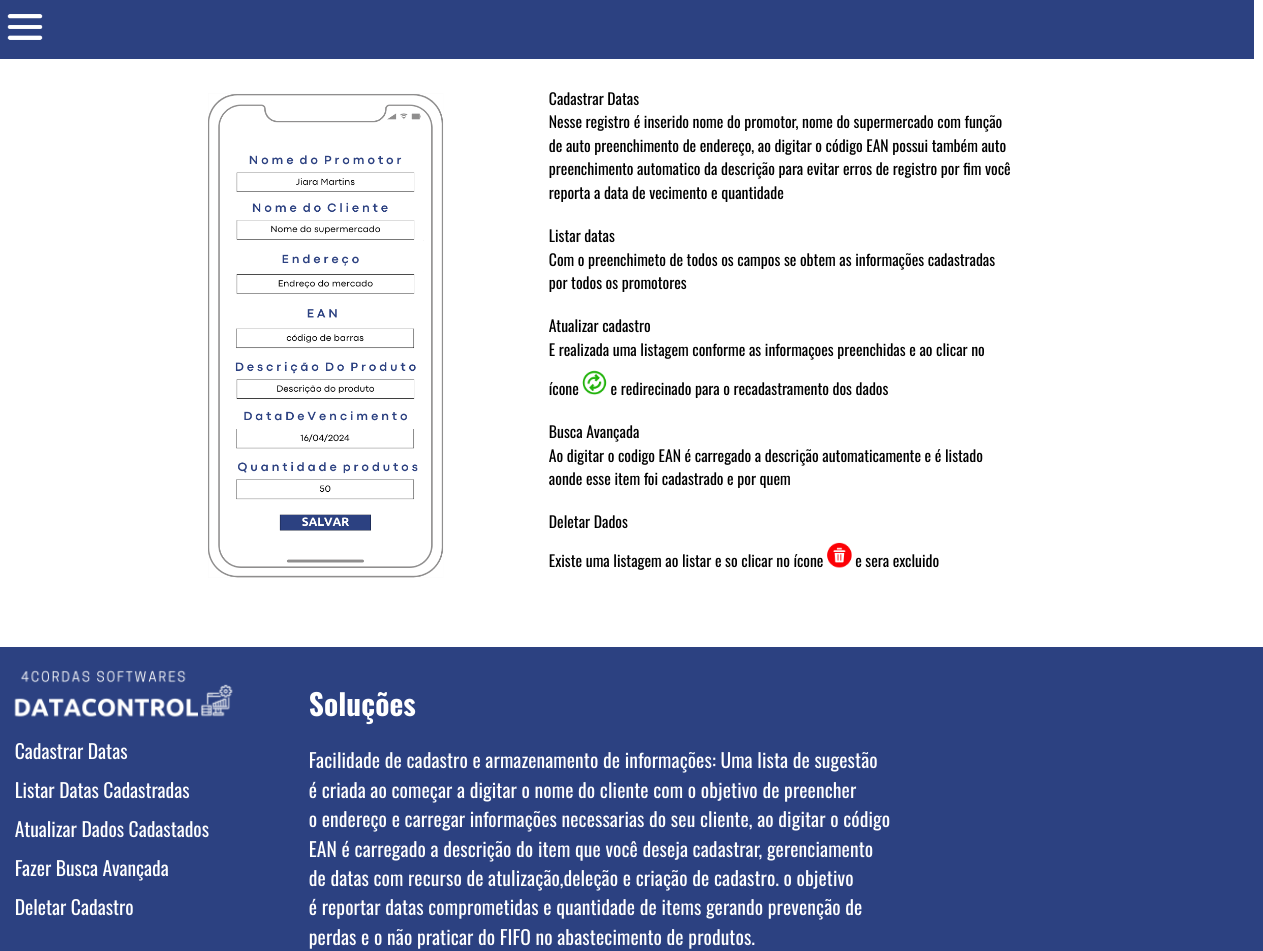
Repository: alfredo-allan/ControleDeDatasFrontEnd
Page: index.html
An editor plug-in stored every save of this project. The page is shown before and after the next save, followed by the edit.
The browser window is 1280 px wide. The page is 1289 px wide, so the pictures cover 1289 px, including what lies to the right of the window. The pictures show the whole page, at 98% of full size.

Above is the page before, as saved 2024-04-30 14:41:35.
Console error: TypeError: Cannot read properties of null (reading 'addEventListener')

### index.html
<!DOCTYPE html>
<html lang="pt-BR">
  <head>
    <meta charset="UTF-8" />
    <meta name="viewport" content="width=device-width, initial-scale=1.0" />
    <link rel="stylesheet" href="./style/style.css" />
    <link rel="preconnect" href="https://fonts.googleapis.com" />
    <link rel="preconnect" href="https://fonts.gstatic.com" crossorigin />
    <link
      href="https://fonts.googleapis.com/css2?family=Oswald:wght@200..700&display=swap"
      rel="stylesheet"
    />
    <title>Controle de Datas</title>
  </head>
  <body>
    <div class="header">
      <div id="menu-icon">
        <img id="icon-menu" src="./images/barra-de-menu.png" alt="" />
      </div>
      <div id="titulo">
        <!-- <h1>Controle De Datas</h1> -->
      </div>
      <div id="menu-options">
        <ul>
          <!-- <img id="usuario" src="./images/usuario-exemplo.jpg" alt="" /> -->
          <a href="pages/cadastro.html"><li>Cadastrar Datas</li></a>
          <a href="pages/listagem.html"><li>Listar Datas</li></a>
          <a href="pages/atualizar.html"><li>Atualizar Cadastro</li></a>
          <a href="pages/buscaavancada.html"><li>Busca Avançada</li></a>
          <a href="pages/deletar.html"><li>Deletar Dados</li></a>
        </ul>
      </div>
    </div>
    <img id="instrucao" src="./images/CadastrarDatas.png" alt="">
    <div class="coluna">
    <ul>
      <span>Cadastrar Datas</span>
      <li>Nesse registro é inserido nome do promotor, nome do supermercado com função de auto preenchimento de endereço, ao digitar o código EAN possui também auto preenchimento automatico da descrição para evitar erros de registro por fim você reporta a data de vecimento e quantidade</li>
      <span>Listar datas</span>
      <li>Com o preenchimeto de todos os campos se  obtem as informações cadastradas por todos os promotores</li>
      <span>Atualizar cadastro</span>
      <li>E realizada uma listagem conforme as informaçoes preenchidas e ao clicar no ícone <img src="./images/repetir.png" alt=""> e redirecinado para o recadastramento dos dados</li>
      <span>Busca Avançada</span>
      <li>Ao digitar o codigo EAN é carregado a descrição automaticamente e é listado aonde esse item foi cadastrado e por quem</li>
      <span>Deletar Dados</span>
      <li>Existe uma listagem ao listar e so clicar no ícone <img src="./images/excluir.png" alt=""> e sera excluido</li>
    </ul>
    </div>
    </div>
    <div class="footer">
      <div id="mapa" class="col-sm-6">
        <img id="tootext" src="./images/data.png" alt="" />
        <ul id="mapadosite">
          <a href="./pages/cadastro.html"><li>Cadastrar Datas</li></a>
          <a href="./pages/listagem.html"><li>Listar Datas Cadastradas</li></a>
          <a href="./pages/atualizar.html"
            ><li>Atualizar Dados Cadastados</li></a
          >
          <a href="./pages/buscaavancada.html"><li>Fazer Busca Avançada</li></a>
          <a href="./pages/deletar.html"><li>Deletar Cadastro</li></a>
        </ul>
      </div>
      <div id="solucao" class="col-sm-6">
        <span>Soluções</span>
        <p>
          Facilidade de cadastro e armazenamento de informações: Uma lista de
          sugestão <br />
          é criada ao começar a digitar o nome do cliente com o objetivo de
          preencher <br />
          o endereço e carregar informações necessarias do seu cliente, ao
          digitar o código <br />
          EAN é carregado a descrição do item que você deseja cadastrar,
          gerenciamento <br />
          de datas com recurso de atulização,deleção e criação de cadastro. o
          objetivo <br />
          é reportar datas comprometidas e quantidade de items gerando prevenção
          de <br />
          perdas e o não praticar do FIFO no abastecimento de produtos.
        </p>
      </div>
    </div>
  </body>
  <script src="./js/script.js"></script>
</html>

### style/style.css
:root {
  --cor-azul: rgb(44, 65, 129);
  --oswald-font: "Oswald", sans-serif;
  --luthier-font: "Luthier";
}

body {
  font-family: var(--oswald-font);
}

@font-face {
  font-family: "Luthier";
  src: url("../fonts/LuthierFF/Luthier-Regular.ttf") format("truetype");
  /* Adicione mais formatos (e.g. woff, woff2) conforme necessário */
}

#titulo h1 {
  font-family: var(--luthier-font);
  letter-spacing: 3px;
  font-weight: 900;
  color: white;
  margin-top: -30px;
  margin-left: 55px;
}

.column {
  display: flex;
  flex-direction: column;
  align-items: center;
  padding: 10px 20px 15px 15px;
  border: 1px solid #ccc;
  border-radius: 5px;
  width: 300px;
  margin: 0 auto;
  span {
    font-weight: 900;
    font-family: var(--luthier-font);
    letter-spacing: 3px;
    margin-bottom: 10px;
    color: var(--cor-azul);
  }
}

#logo img {
  margin-top: 200px;
  width: 250px;
  margin-left: 50px;
}

#logo {
  h1 {
    text-align: center;
    text-wrap: nowrap;
    font-size: 25px;
    font-family: var(--oswald-font);
    font-weight: 900;
    letter-spacing: 2px;
    color: var(--cor-azul);
  }
}

#form {
  margin-top: 80px;
}

input {
  margin-bottom: 5px;
  padding: 5px;
  width: 100%;
  box-sizing: border-box;
  font-weight: 600;
  margin-bottom: 10px;
}

input::placeholder {
  text-align: center;
  color: gray;
  font-family: var(--oswald-font);
  font-weight: 400;
}

input:focus {
  outline-color: var(--cor-azul); /* Altere a cor aqui */
}

.header {
  position: fixed;
  top: 0;
  left: 0;
  width: 100%;
  height: 60px;
  background-color: var(--cor-azul);
}

#icon-menu {
  width: 35px;
  margin-top: 10px;
  z-index: 1;
  margin-left: 8px;
  cursor: pointer;
}

#menu-options ul {
  list-style: none;
  padding: 0;
  margin-left: 5px;
  font-size: 20px;
  font-weight: 500;
  text-wrap: nowrap;
  font-family: var(--oswald-font);
  z-index: 999;
}

#menu-options ul li {
  padding: 10px;
  letter-spacing: 2px;
  cursor: pointer;
  z-index: 999;
}

a {
  text-decoration: none; /* Remove sublinhado */
  color: inherit; /* Mantém a cor padrão do texto */
  /* Adicione quaisquer outros estilos desejados para o link */
}

#menu-options {
  display: none;
  position: absolute;
  top: 0;
  left: 0;
  margin-top: 60px;
  width: 55%;
  height: 41vh;
  border-bottom-right-radius: 15px;
  background-color: var(--cor-azul);
  color: white;
  font-family: var(--oswald-font);
  font-weight: 900;
  z-index: 999;
}

button {
  text-align: center;
  width: 110px;
  height: 30px;
  padding: 6px 30px;
  background-color: rgba(44, 65, 129, 0.897);
  border-radius: 5px;
  color: white;
  border: none;
  border-radius: 5px;
  cursor: pointer;
  font-family: var(--oswald-font);
}

button:focus {
  outline: 2px solid var(--cor-azul);
}

.footer {
  width: 102%;
  position: relative;
  margin-top: 5%;
  margin-left: -8px;
  margin-bottom: -20px;
  background-color: var(--cor-azul);
}

.footer img {
  width: 300px;
  height: 60px;
  margin-top: 2px;
  cursor: pointer;
  margin-left: 10px;
}

#autocomplete-list-id {
  background-color: #f1f1f1;
  border: 1px solid #d4d4d4;
  color: var(--cor-azul);
  border-top: none;
  max-height: 200px;
  overflow-y: auto;
  position: absolute;
  /* z-index: 999; */
  margin-top: -10px;
  margin-left: 60px;
}

.autocomplete-items div {
  padding: 10px;
  cursor: pointer;
  background-color: #fff;
  border-bottom: 1px solid #d4d4d4;
}

.autocomplete-items div:hover {
  background-color: #e9e9e9;
}

.autocomplete-items div strong {
  font-weight: bold;
}

#data-list {
  margin: 0 auto;
  left: 50%;
  transform: translateX(-50%);
  margin: 0 auto;
  left: 50%;
  top: 60%;
  transform: translate(-50%, -50%);
  /* border: 1px solid var(--cor-azul); */
  color: var(--cor-azul);
  border-radius: 5px;
  max-height: 330px;
  overflow-y: auto;
  position: absolute;
  z-index: -1;
  margin-top: 110px;
  margin-left: 0px;
  width: 336px;
  list-style: none;
  .name {
    font-family: var(--oswald-font);
    font-weight: 900;
    font-size: 17px;
  }
  .item {
    font-family: var(--oswald-font);
    font-weight: 500;
    font-size: 15;
    color: rgb(0, 0, 0);
  }
}

/* #promotor {
  line-height: 60px;
} */

#data-list {
  /* Estilos do elemento #data-list */
  /* Defina outras propriedades conforme necessário */

  scrollbar-color: var(--cor-azul) var(--cor-azul); /* Cor da barra de rolagem e do fundo da barra */
}

#data-list::-webkit-scrollbar {
  width: 10px; /* Largura da barra de rolagem */
}

#data-list::-webkit-scrollbar-thumb {
  background-color: white; /* Cor da barra de rolagem */
  border-radius: 5px; /* Raio de borda da barra de rolagem */
}

#texto-descritivo {
  text-align: justify;
  margin-top: 200px;
  position: fixed;
  font-family: var(--luthier-font);
  letter-spacing: 3px;
  line-height: 2;
  margin-right: 8px;
  font-weight: 900;
  color: var(--cor-azul);
}

#del {
  width: 25px;
  margin: -4px;
  margin-left: 20px;
}

#atualizar {
  width: 25px;
  margin: -5px;
  margin-left: 20px;
}

.video {
  width: 100%;
  height: 100vh; /* Altura ocupando toda a tela */
}

.video video {
  position: fixed;
  top: 0;
  left: 0;
  width: 100%;
  height: 20%;
  object-fit: cover;
  margin-top: 52px;
}

.modal {
  display: none; /* Escondido por padrão */
  position: fixed;
  z-index: 1;
  left: 0;
  top: 0;
  width: 100%;
  height: 100%;
  overflow: auto;
  background-color: rgba(0, 0, 0, 0.4);
}

.modal-content {
  background-color: #fefefe;
  margin: 15% auto;
  padding: 20px;
  border: 2px solid #888;
  width: 80%;
  border-radius: 10px;
  p {
    text-align: center;
    font-family: var(--luthier-font);
    letter-spacing: 3px;
    font-weight: 600;
    color: var(--cor-azul);
  }
}

.close {
  color: #aaa;
  float: right;
  font-size: 28px;
  font-weight: bold;
}

.close:hover,
.close:focus {
  color: black;
  text-decoration: none;
  cursor: pointer;
}

#modalbtn {
  text-align: center;
}

#confirmButton {
  margin-right: 5px;
}

#tootext {
  margin-left: -40px;
  margin-top: 20px;
}

#mapadosite {
  font-family: var(--oswald-font);
  list-style: none;
  margin-top: 0px;
  line-height: 40px;
  text-align: left;
  margin-left: -25px;
  color: white;
  font-size: 20px;
}

#mapa {
  text-align: left;
}

#solucao {
  margin-top: -270px;
  margin-left: 315px;
  font-family: var(--oswald-font);
  letter-spacing: 0.1px;
  color: white;
  span {
    font-size: 30px;
    font-weight: 900;
  }
  p {
    font-size: 20px;
    text-align: left;
  }
}

@media (min-width: 310px) and (max-width: 580px) {
  #solucao {
    margin-top: -10px;
    margin-left: -200px;
    text-align: center;
  }
}

@media (min-width: 310px) and (max-width: 580px) {
  #solucao span {
    margin-left: -30px;
  }
}

@media (min-width: 310px) and (max-width: 580px) {
  #solucao p {
    font-size: 20px;
    text-align: left;
    margin-left: 215px;
  }
}

@media (min-width: 310px) and (max-width: 580px) {
  .footer {
    margin-top: 20%;
    position: absolute;
    margin-left: -8px;
    width: 100%;
    margin-bottom: 0px;
  }
}

.footer_pg {
  position: fixed;
  left: 0;
  bottom: 0;
  width: 100%;
  height: 60px;
  background-color: var(--cor-azul);
}

@media (min-width: 310px) and (max-width: 580px) {
  .footer_pg img {
    margin-left: auto;
    margin-right: auto;
    display: block;
  }
}

#instrucao {
  margin-top: 80px;
  width: 250px;
  margin-left: 200px;
}

@media (min-width: 500px) and (max-width: 1200px) {
  #instrucao {
    margin-left: 20px;
  }
}

.coluna {
  display: flex;
  flex-direction: column;
  justify-content: center;
  margin-left: 40%;
  margin-top: -41%;
  width: 40%;
  position: fixed;
  li {
    list-style: none;
    margin-bottom: 20px;
  }
  span {
    margin-bottom: 10;
  }
  img {
    width: 25px;
    margin-top: 10px;
  }
}

### js/script.js
document.addEventListener("DOMContentLoaded", function () {
  carregarDados();

  document
    .getElementById("data-vencimento")
    .addEventListener("input", formatarData);

  document.getElementById("ean").addEventListener("input", function () {
    var eanSelecionado = document.getElementById("ean").value;
    preencherDescricaoPorEAN(eanSelecionado);
  });
});

function formatarData() {
  let inputData = document.getElementById("data-vencimento").value;

  let dataFormatada = inputData.replace(/^(\d{2})(\d{2})(\d{2})$/, "$1/$2/$3");

  document.getElementById("data-vencimento").value = dataFormatada;
}

function preencherDescricaoPorEAN(ean) {
  fetch("../frutap.json")
    .then((response) => response.json())
    .then((data) => {
      const mercados = data.mercados;

      for (let mercado of mercados) {
        const produto = mercado.produtos.find(
          (produto) => produto.codigoEAN === ean
        );
        if (produto) {
          document.getElementById("descricao-produto").value =
            produto.descricao;
          return; // Encerra o loop assim que encontrar o produto correspondente
        }
      }

      // Se não encontrou nenhum produto com o código EAN correspondente
      document.getElementById("descricao-produto").value =
        "Produto não encontrado";
    })
    .catch((error) => {
      console.error("Erro ao carregar os dados do arquivo JSON:", error);
    });
}

function carregarDados() {
  fetch("../frutap.json")
    .then((response) => {
      if (response.ok) {
        return response.json();
      } else {
        throw new Error("Erro ao carregar os dados");
      }
    })
    .then((data) => {
      if (data && data.mercados) {
        const mercados = data.mercados.map((mercado) => mercado.nome);
        const codigosEAN = data.mercados.map((mercado) => mercado.codigoEAN);
        const enderecos = data.mercados.map((mercado) => mercado.endereco);

        autocomplete(document.getElementById("nome-cliente"), mercados, data);
        autocomplete(document.getElementById("ean"), codigosEAN);
        autocomplete(
          document.getElementById("endereco-cliente"),
          enderecos,
          data
        );
      } else {
        console.error("Formato de dados inválido");
      }
    })
    .catch((error) => {
      console.error("Erro ao carregar os dados do arquivo JSON:", error);
    });
}
function autocomplete(inp, arr, data) {
  var currentFocus;

  inp.addEventListener("input", function (e) {
    var a,
      b,
      i,
      val = this.value;
    closeAllLists();
    if (!val) {
      return false;
    }
    currentFocus = -1;
    a = document.createElement("DIV");
    a.setAttribute("id", "autocomplete-list-id");
    a.setAttribute("class", "autocomplete-items");
    this.parentNode.appendChild(a);
    for (i = 0; i < arr.length; i++) {
      if (
        arr[i] &&
        arr[i].substr(0, val.length).toUpperCase() == val.toUpperCase()
      ) {
        b = document.createElement("DIV");
        b.innerHTML = "<strong>" + arr[i].substr(0, val.length) + "</strong>";
        b.innerHTML += arr[i].substr(val.length);
        b.innerHTML += "<input type='hidden' value='" + arr[i] + "'>";
        b.addEventListener("click", function (e) {
          inp.value = this.getElementsByTagName("input")[0].value;
          closeAllLists();
          // Preencher o campo de Endereço do mercado ao selecionar o nome do mercado
          var selectedMarket = this.getElementsByTagName("input")[0].value;
          var mercadoSelecionado = data.mercados.find(
            (mercado) => mercado.nome === selectedMarket
          );
          if (mercadoSelecionado) {
            var enderecoCompleto =
              mercadoSelecionado.endereco.rua +
              ", " +
              mercadoSelecionado.endereco.bairro +
              ", " +
              mercadoSelecionado.endereco.cidade +
              ", " +
              mercadoSelecionado.endereco.estado;
            document.getElementById("endereco-cliente").value =
              enderecoCompleto;
          }
        });
        a.appendChild(b);
      }
    }
  });

  function closeAllLists(elmnt) {
    var x = document.getElementsByClassName("autocomplete-items");
    for (var i = 0; i < x.length; i++) {
      if (elmnt != x[i] && elmnt != inp) {
        x[i].parentNode.removeChild(x[i]);
      }
    }
  }

  document.addEventListener("click", function (e) {
    closeAllLists(e.target);
  });
}

const menuIcon = document.getElementById("menu-icon");
const menuOptions = document.getElementById("menu-options");

menuIcon.addEventListener("click", function () {
  if (menuOptions.style.display === "none") {
    menuOptions.style.display = "block";
  } else {
    menuOptions.style.display = "none";
  }
});

document.getElementById("btn-salvar").addEventListener("click", function () {
  const nomePromotor = document.getElementById("nome-promotor").value;
  const nomeCliente = document.getElementById("nome-cliente").value;
  const enderecoCliente = document.getElementById("endereco-cliente").value;
  const ean = document.getElementById("ean").value;
  const descricaoProduto = document.getElementById("descricao-produto").value;
  const dataVencimento = document.getElementById("data-vencimento").value;
  const quantidadeProdutos = document.getElementById(
    "quantidade-produtos"
  ).value;

  fetch("https://v1controledatas.pythonanywhere.com/salvar-dados", {
    method: "POST",
    headers: {
      "Content-Type": "application/json",
    },
    body: JSON.stringify({
      nomePromotor: nomePromotor,
      nomeCliente: nomeCliente,
      enderecoCliente: enderecoCliente,
      ean: ean,
      descricaoProduto: descricaoProduto,
      dataVencimento: dataVencimento,
      quantidadeProdutos: quantidadeProdutos,
    }),
  })
    .then((response) => {
      if (response.ok) {
        // alert("Dados salvos com sucesso!");
      } else {
        throw new Error("Erro ao salvar os dados");
      }
    })
    .catch((error) => {
      console.error("Erro ao salvar os dados:", error);
    });
});

// Selecionando o botão de fechar e o modal

Loaded but not shown: frutap.json (455 lines, source omitted)

After the next save:
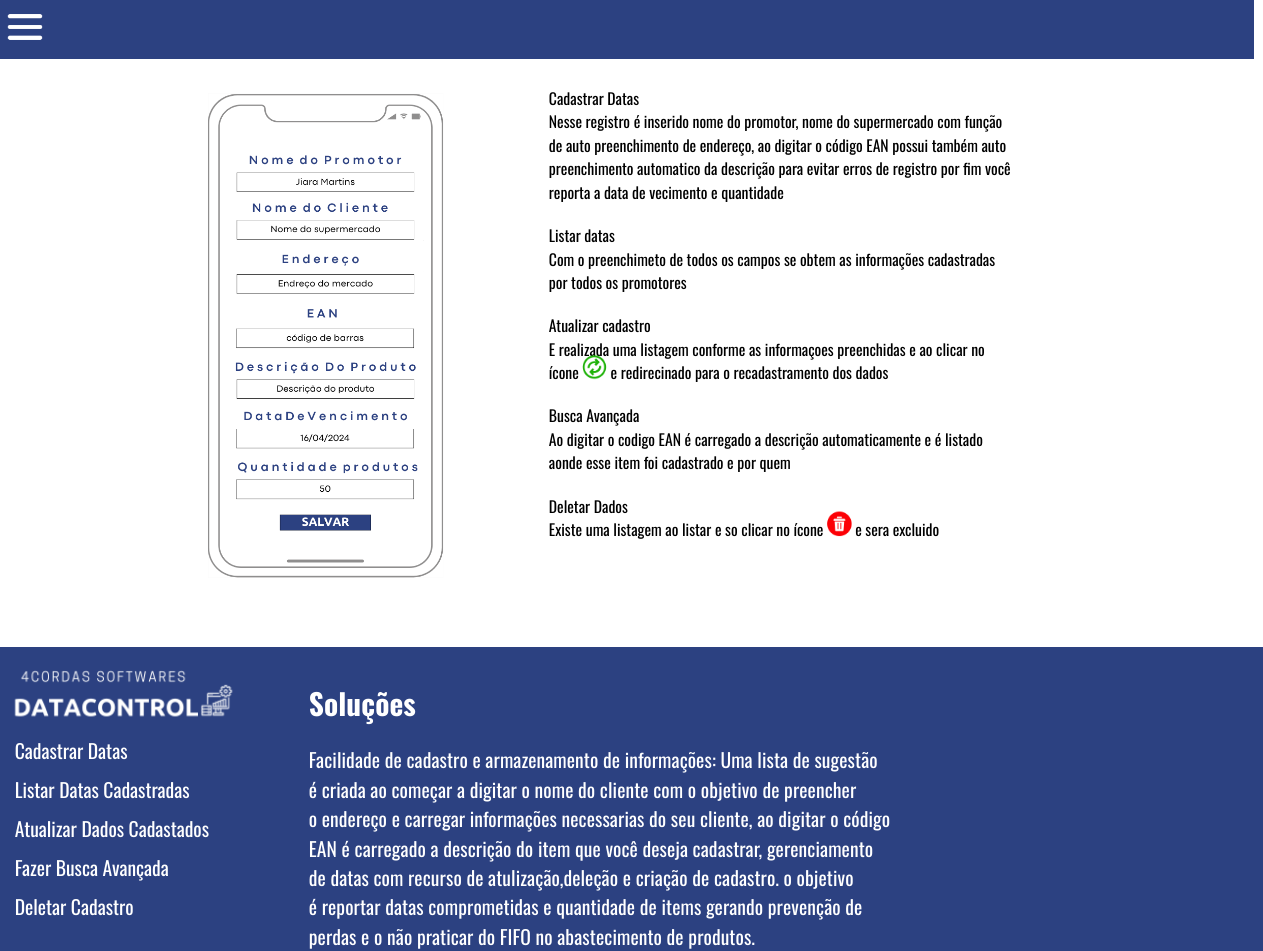
Saved 13 s later.
--- a/style/style.css
+++ b/style/style.css
@@ -458,6 +458,6 @@ button:focus {
   }
   img {
     width: 25px;
-    margin-top: 10px;
-  }
-}
+    margin-top: -10px;
+  }
+}

After the save that followed:
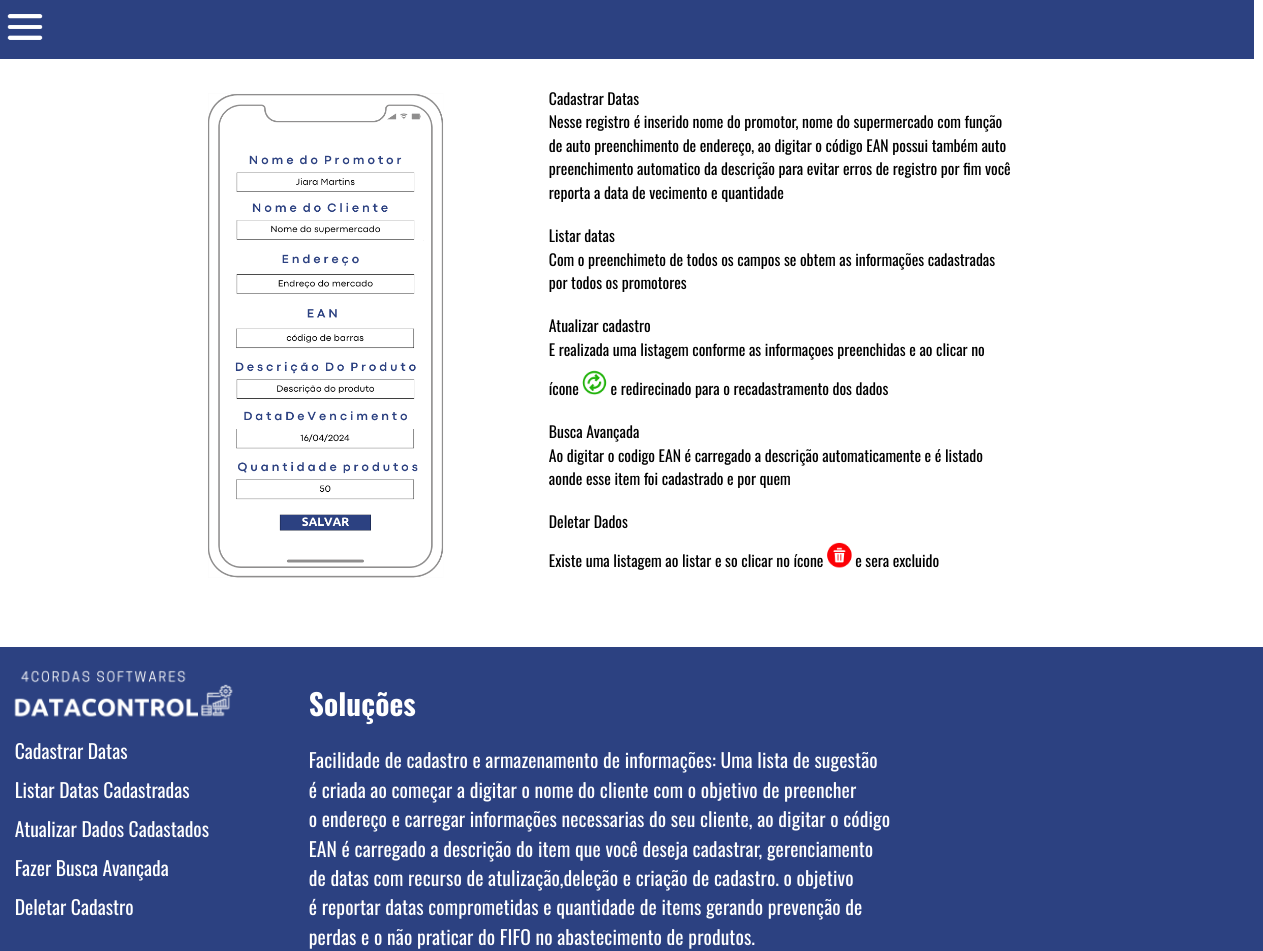
Saved 7 s later.
--- a/style/style.css
+++ b/style/style.css
@@ -458,6 +458,6 @@ button:focus {
   }
   img {
     width: 25px;
-    margin-top: -10px;
-  }
-}
+    margin-top: 10px;
+  }
+}
